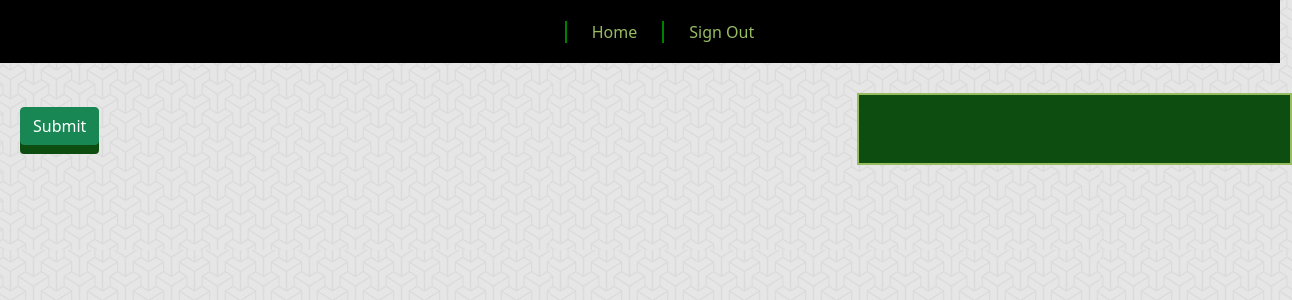
Repository: kavine24/CS490-Python-LMS
Page: html/portal/s/TakeQuiz.html
The author's editor kept a copy of each file at every save. The page is drawn from the files as they stood at one save, then again after the next save.
The browser window is 1280 px wide. The page is 1292 px wide, so the pictures cover 1292 px, including what lies to the right of the window. The pictures show the whole page.
The page's requests for data from a server got no answer.

Above is the page before, as saved 2022-04-20 18:47:41.

After the next save:
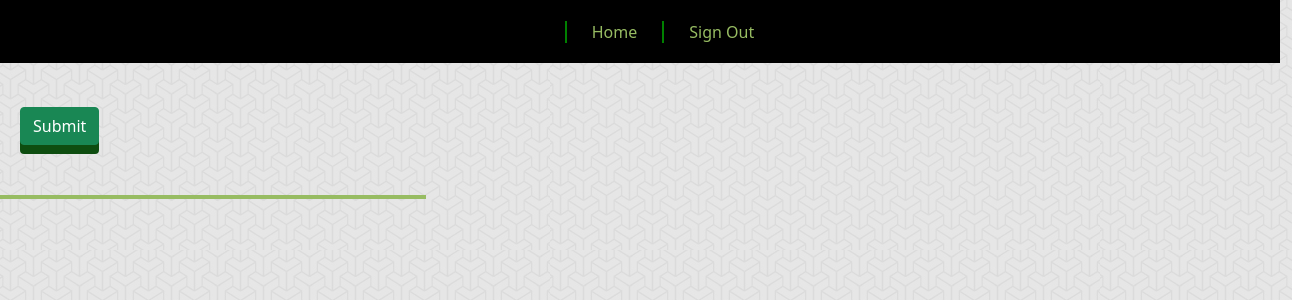
Saved 4 s later.
--- a/html/style.css
+++ b/html/style.css
@@ -132,7 +132,7 @@
 }
 
 .legend {
-  margin: 30px 0px 0px 0px !important;
+  margin: 30px 1px 2px 3px !important;
   border: 2px solid #97BC62FF;
   padding: 0px !important;
   background-color: #0e4d10;

After the save that followed:
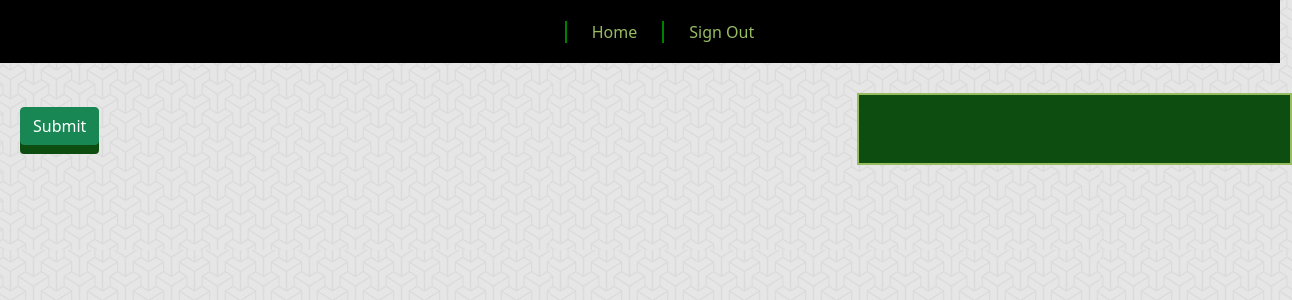
Saved 37 s later.
--- a/html/style.css
+++ b/html/style.css
@@ -132,7 +132,7 @@
 }
 
 .legend {
-  margin: 30px 1px 2px 3px !important;
+  margin: 30px 0px 0px !important;
   border: 2px solid #97BC62FF;
   padding: 0px !important;
   background-color: #0e4d10;
